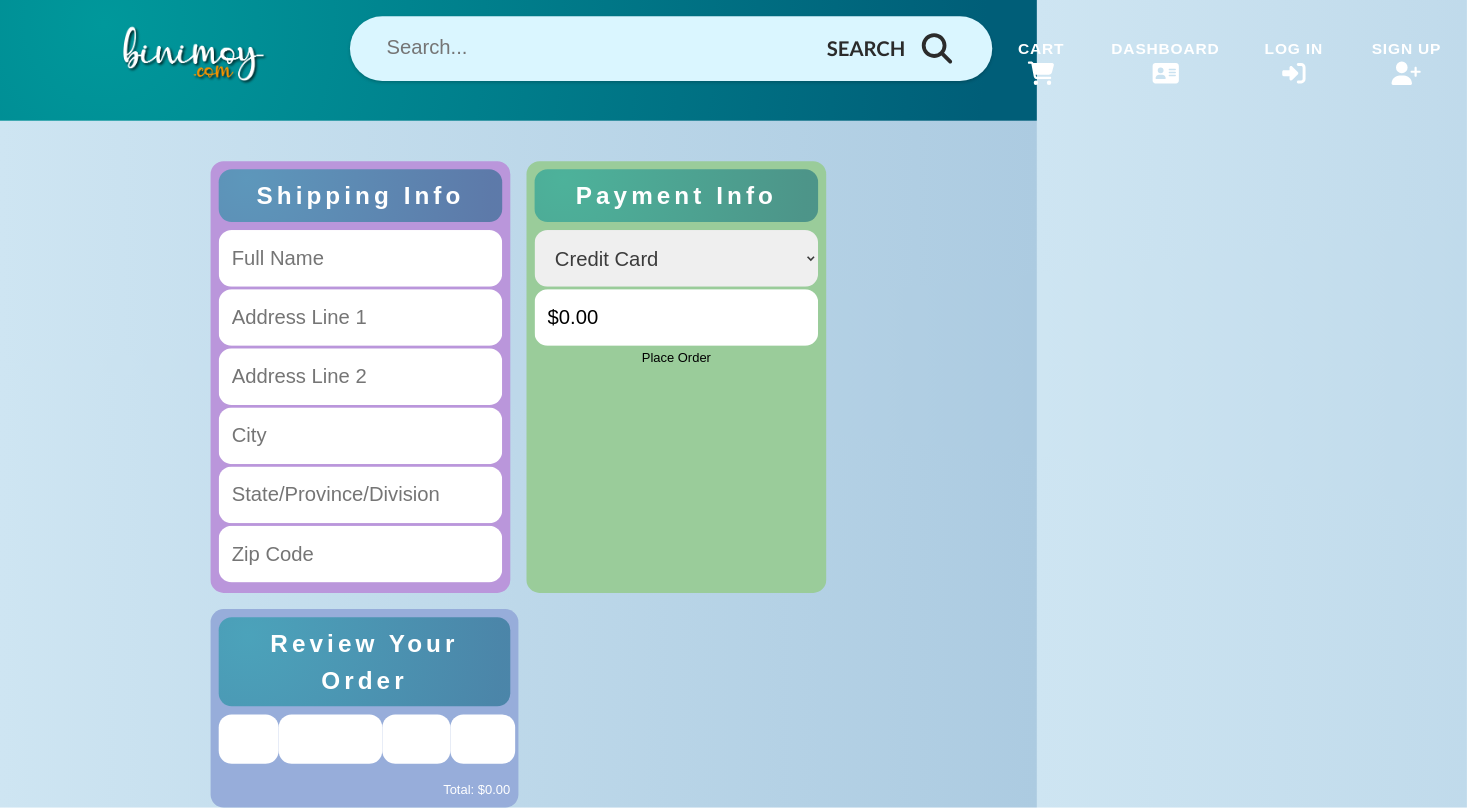
Repository: Shadman2024/2_1_DatabaseProject
Page: /checkout (app in frontend/)
The author's editor kept a copy of each file at every save. The page is drawn from the files as they stood at one save, then again after the next save.
The browser window is 1280 px wide. The page is 1811 px wide, so the pictures cover 1811 px, including what lies to the right of the window. The pictures show the whole page, at 81% of full size.
Some web libraries are served in a nearby version. The project was rebuilt for these pictures with package versions that can differ from the ones it lists, and the page was loaded fresh each time. Also part of the build but not shown: frontend/src/App.css, frontend/src/signUp/signup.js, frontend/src/logIn/login.js, frontend/src/Home/home.module.css, frontend/src/Home/hero.js, frontend/src/Home/hero2.js, frontend/src/Home/hero3.js, frontend/src/Home/smallcategory.module.css and 31 more.

Above is the page before, as saved 2024-03-08 15:39:01.

### frontend/public/index.html
<!DOCTYPE html>
<html lang="en">

<head>
  <meta charset="utf-8" />
  <link rel="icon" href="%PUBLIC_URL%/favicon.ico" />
  <meta name="viewport" content="width=device-width, initial-scale=1" />
  <meta name="theme-color" content="#000000" />
  <meta name="description" content="Web site created using create-react-app" />
  <link rel="apple-touch-icon" href="%PUBLIC_URL%/logo192.png" />
  <!--
      manifest.json provides metadata used when your web app is installed on a
      user's mobile device or desktop. See https://developers.google.com/web/fundamentals/web-app-manifest/
    -->
  <link rel="manifest" href="%PUBLIC_URL%/manifest.json" />
  <link href="https://cdn.jsdelivr.net/npm/bootstrap@5.0.2/dist/css/bootstrap.min.css" rel="stylesheet"
    integrity="sha384-EVSTQN3/azprG1Anm3QDgpJLIm9Nao0Yz1ztcQTwFspd3yD65VohhpuuCOmLASjC" crossorigin="anonymous">
  <!--
      Notice the use of %PUBLIC_URL% in the tags above.
      It will be replaced with the URL of the `public` folder during the build.
      Only files inside the `public` folder can be referenced from the HTML.

      Unlike "/favicon.ico" or "favicon.ico", "%PUBLIC_URL%/favicon.ico" will
      work correctly both with client-side routing and a non-root public URL.
      Learn how to configure a non-root public URL by running `npm run build`.
    -->
  <title>React App</title>
</head>

<body style="background: linear-gradient(to right, #cee5f2, #accbe1);
/* Other styles */
margin: 0;
height: 100vh;
color: white;">
<!-- <body style="background: #1B1B1B"> -->


  <noscript>You need to enable JavaScript to run this app.</noscript>
  <div id="root"></div>
  <!--
      This HTML file is a template.
      If you open it directly in the browser, you will see an empty page.

      You can add webfonts, meta tags, or analytics to this file.
      The build step will place the bundled scripts into the <body> tag.

      To begin the development, run `npm start` or `yarn start`.
      To create a production bundle, use `npm run build` or `yarn build`.
    -->
  <script src="https://cdn.jsdelivr.net/npm/bootstrap@5.0.2/dist/js/bootstrap.bundle.min.js"
    integrity="sha384-MrcW6ZMFYlzcLA8Nl+NtUVF0sA7MsXsP1UyJoMp4YLEuNSfAP+JcXn/tWtIaxVXM"
    crossorigin="anonymous"></script>
  <script src="https://cdn.jsdelivr.net/npm/@popperjs/core@2.9.2/dist/umd/popper.min.js"
    integrity="sha384-IQsoLXl5PILFhosVNubq5LC7Qb9DXgDA9i+tQ8Zj3iwWAwPtgFTxbJ8NT4GN1R8p"
    crossorigin="anonymous"></script>
  <script src="https://cdn.jsdelivr.net/npm/bootstrap@5.0.2/dist/js/bootstrap.min.js"
    integrity="sha384-cVKIPhGWiC2Al4u+LWgxfKTRIcfu0JTxR+EQDz/bgldoEyl4H0zUF0QKbrJ0EcQF"
    crossorigin="anonymous"></script>
  <script src="https://code.jquery.com/jquery-3.2.1.slim.min.js"
    integrity="sha384-KJ3o2DKtIkvYIK3UENzmM7KCkRr/rE9/Qpg6aAZGJwFDMVNA/GpGFF93hXpG5KkN"
    crossorigin="anonymous"></script>
  <script src="https://cdnjs.cloudflare.com/ajax/libs/popper.js/1.12.3/umd/popper.min.js"
    integrity="sha384-vFJXuSJphROIrBnz7yo7oB41mKfc8JzQZiCq4NCceLEaO4IHwicKwpJf9c9IpFgh"
    crossorigin="anonymous"></script>
  <script src="https://maxcdn.bootstrapcdn.com/bootstrap/4.0.0-beta.2/js/bootstrap.min.js"
    integrity="sha384-alpBpkh1PFOepccYVYDB4do5UnbKysX5WZXm3XxPqe5iKTfUKjNkCk9SaVuEZflJ"
    crossorigin="anonymous"></script>


</body>

</html>

### frontend/src/index.css
*{
  margin: 0;
  outline: none;
}
body {
  margin: 0;
  font-family: -apple-system, BlinkMacSystemFont, 'Segoe UI', 'Roboto', 'Oxygen',
    'Ubuntu', 'Cantarell', 'Fira Sans', 'Droid Sans', 'Helvetica Neue',
    sans-serif;
  -webkit-font-smoothing: antialiased;
  -moz-osx-font-smoothing: grayscale;
}

code {
  font-family: source-code-pro, Menlo, Monaco, Consolas, 'Courier New',
    monospace;
}
html {
  scroll-behavior: smooth;
  position: relative;
  min-height: 100%;
  overflow-x: hidden;
}

### frontend/src/signUp/signup.module.css

.login_box {
  position: absolute;
  top: 50%;
  left: 50%;
  width: 400px;
  padding: 40px;
  margin: 20px auto;
  transform: translate(-50%, -55%);
  background-image: radial-gradient( circle farthest-corner at 10% 20%,  rgba(0,152,155,1) 0.1%, rgba(0,94,120,1) 94.2% );
  box-sizing: border-box;
  box-shadow: 0 15px 25px rgba(0,0,0,.6);
  border-radius: 10px;
  color: #ffffff;
  font-size: large;
  /* padding-left: 100px;
  padding-right: 100px; */
}
.login_box .user_box {
  position: relative;
}

.login_box .user_box input {
  width: 100%;
  padding: 10px 0;
  font-size: 16px;
  color: #fffdfd;
  margin-bottom: 30px;
  border: none;
  /* background-color: #0F1F2A; */
  border-bottom: 1px solid #ffffff;
  outline: none;
  background: transparent;
  font-size: larger;
  /* font-weight: bolder; */
}

.login_box .user_box label {
  position: absolute;
  top: -20px;
  left: 0;
  padding: 10px 0;
  font-size: 20px;
  color: #ffffff;
  /* background-color: #2E5D7F; */
  pointer-events: none;
  transition: .5s;
  font-size: large;
  /* padding: 0px;
  padding-left: 20%;
  padding-right: 20%; */
  font-weight: bold;
}

.login_box .user_box input:focus ~ label,
.login_box .user_box input:valid ~ label {
  /* top: -20px; */
  left: 0;
  color: #ffffff;
  font-size: 20px;
  /* background-color: #242424; */
  padding: 0px;
  padding-left: 10px;
  padding-right: 10px;
  font-weight: bolder;
}


.login_box p:first-child {
  margin: 0 0 30px;
  padding: 0;
  color: #ffffff;
  text-align: center;
  font-size: 1.5rem;
  font-weight: bold;
  letter-spacing: 1px;
  padding-bottom: 30px;
}




.animated_button {
  position: relative;
  display: inline-block;
  padding: 12px 24px;
  border: none;
  font-size: 16px;
  background-color: inherit;
  border-radius: 100px;
  font-weight: 600;
  color: #ffffff;
  box-shadow: 0 0 0 2px #ffffff00;
  cursor: pointer;
  overflow: hidden;
  transition: all 0.6s cubic-bezier(0.23, 1, 0.320, 1);
  text-align: center;
  font-size: 1.2rem;
  /* font-weight: bold; */
  letter-spacing: 1px;
  /* padding-bottom: 30px; */
}

.animated_button span:last-child {
  position: absolute;
  top: 50%;
  left: 50%;
  transform: translate(-50%, -50%);
  width: 20px;
  height: 20px;
  background-color: #fff;
  /* color: #000; */
  border-radius: 50%;
  opacity: 0;
  transition: all 0.8s cubic-bezier(0.23, 1, 0.320, 1);
}

.animated_button span:first-child {
  position: relative;
  z-index: 1;
}

.animated_button:hover {
  box-shadow: 0 0 0 3px #ffffff;
  color: #2F0332;
}

.animated_button:active {
  scale: 0.95;
}

.animated_button:hover span:last-child {
  width: 150px;
  height: 150px;
  opacity: 1;
}

input {
  color: white;
  background-color: black;
}

::-ms-reveal {
  filter: invert(100%);
}

/* Chrome, Safari, Edge, Opera */
input::-webkit-outer-spin-button,
input::-webkit-inner-spin-button {
-webkit-appearance: none;
margin: 0;
}

### frontend/src/logIn/login.module.css


.login_box {
  position: absolute;
  top: 50%;
  left: 50%;
  width: 400px;
  padding: 40px;
  margin: 20px auto;
  transform: translate(-50%, -55%);
  background-image: radial-gradient( circle farthest-corner at 10% 20%,  rgba(0,152,155,1) 0.1%, rgba(0,94,120,1) 94.2% );
  box-sizing: border-box;
  box-shadow: 0 15px 25px rgba(0, 0, 0, .6);
  border-radius: 10px;
  color: #ffffff;
  font-size: large;
  /* padding-left: 100px;
  padding-right: 100px; */
}

.login_box .user_box {
  position: relative;
}

.login_box .user_box input {
  width: 100%;
  padding: 10px 0;
  font-size: 16px;
  color: #fffdfd;
  margin-bottom: 30px;
  border: none;
  /* background-color: #0F1F2A; */
  border-bottom: 1px solid #ffffff;
  outline: none;
  background: transparent;
  font-size: larger;
  /* font-weight: bolder; */
}

.login_box .user_box label {
  position: absolute;
  top: -20px;
  left: 0;
  padding: 10px 0;
  font-size: 20px;
  color: #ffffff;
  /* background-color: #2E5D7F; */
  pointer-events: none;
  transition: .5s;
  font-size: large;
  /* padding: 0px;
  padding-left: 20%;
  padding-right: 20%; */
  font-weight: bold;
}

.login_box .user_box input:focus~label,
.login_box .user_box input:valid~label {
  /* top: -20px; */
  left: 0;
  color: #ffffff;
  font-size: 20px;
  /* background-color: #242424; */
  padding: 0px;
  padding-left: 10px;
  padding-right: 10px;
  font-weight: bolder;
}


.login_box p:first-child {
  margin: 0 0 30px;
  padding: 0;
  color: #ffffff;
  text-align: center;
  font-size: 1.5rem;
  font-weight: bold;
  letter-spacing: 1px;
  padding-bottom: 30px;
}




.animated_button {
  position: relative;
  display: inline-block;
  padding: 12px 24px;
  border: none;
  font-size: 16px;
  background-color: inherit;
  border-radius: 100px;
  font-weight: 600;
  color: #ffffff;
  box-shadow: 0 0 0 2px #ffffff00;
  cursor: pointer;
  overflow: hidden;
  transition: all 0.6s cubic-bezier(0.23, 1, 0.320, 1);
  text-align: center;
  font-size: 1.2rem;
  /* font-weight: bold; */
  letter-spacing: 1px;
  /* padding-bottom: 30px; */
}

.animated_button span:last-child {
  position: absolute;
  top: 50%;
  left: 50%;
  transform: translate(-50%, -50%);
  width: 20px;
  height: 20px;
  background-color: #fff;
  /* color: #000; */
  border-radius: 50%;
  opacity: 0;
  transition: all 0.8s cubic-bezier(0.23, 1, 0.320, 1);
}

.animated_button span:first-child {
  position: relative;
  z-index: 1;
}

.animated_button:hover {
  box-shadow: 0 0 0 3px #ffffff;
  color: #2F0332;
}

.animated_button:active {
  scale: 0.95;
}

.animated_button:hover span:last-child {
  width: 150px;
  height: 150px;
  opacity: 1;
}

input {
  color: white;
  background-color: black;
}

::-ms-reveal {
  filter: invert(100%);
}

### frontend/src/dashboard/dashboard.module.css
body {
    /* font-family: Arial, sans-serif; */
    margin: 0;
    padding: 0;
    box-sizing: border-box;
    /* font-size: larger; */
}

.container {
    font-size: 30px;
    display: flex;
    justify-content: space-around;
    margin: 20px;
    margin-left: 130px;
    margin-right: 130px;
}

.user_info,
.order_info {
    flex-basis: 45%;
    padding: 20px;
    box-shadow: 0 0 10px rgba(0, 0, 0, 0.1);
}


.user_photo {
    width: 200px;
    height: 200px;
    object-fit: cover;
    border-radius: 50%;
    margin-bottom: 20px;
}

h2 {
    color: #333;
    margin-bottom: 15px;
}

p {
    line-height: 1.6;
    color: #666;
}

strong {
    color: #333;
}

@media (max-width: 768px) {
    .container {
        flex-direction: column;
        align-items: center;
    }

    .user-info,
    .order-info {
        flex-basis: 90%;
    }
}

.title {
    /* Add styles for your title here */
    margin-bottom: 10px;
    /* Example space between title and wrapper */
    font-size: 30px;
    color: rgb(255, 255, 255);
    font-weight: bolder;
    padding-left: 200px;
    background-image: radial-gradient( circle farthest-corner at 10% 20%,  rgba(0,152,155,1) 0.1%, rgba(0,94,120,1) 94.2% );
    margin-top: 0px;
    letter-spacing: 5px;
}

.animated_button {
    position: relative;
    display: inline-block;
    padding: 12px 24px;
    border: none;
    font-size: 16px;
    background-color: rgb(71, 0, 73);
    border-radius: 100px;
    font-weight: 600;
    color: rgb(255, 255, 255);
    box-shadow: 0 0 0 2px #ffffff00;
    cursor: pointer;
    overflow: hidden;
    transition: all 0.6s cubic-bezier(0.23, 1, 0.320, 1);
    text-align: center;
    font-size: 1.2rem;
    /* font-weight: bold; */
    letter-spacing: 1px;
    /* padding-bottom: 30px; */
}

.animated_button span:last-child {
    position: absolute;
    top: 50%;
    left: 50%;
    transform: translate(-50%, -50%);
    width: 20px;
    height: 20px;
    background-color: rgb(71, 0, 73);
    /* color: #000; */
    border-radius: 50%;
    opacity: 0;
    transition: all 0.8s cubic-bezier(0.23, 1, 0.320, 1);
}

.animated_button span:first-child {
    position: relative;
    z-index: 1;
}

.animated_button:hover {
    box-shadow: 0 0 0 3px #ffffff;
    color: #2F0332;
}

.animated_button:active {
    scale: 0.95;
}

.animated_button:hover span:last-child {
    width: 150px;
    height: 150px;
    opacity: 1;
}
.userDetails {
    margin-bottom: 10px;
    color: #0f0f0f;
    font-size: 30px;
}

.userDetails strong {
    color: #2c2c2c;
    font-weight: bold;
}
.user_photo{
    margin-top: 10px;
}

.userDetail {
    display: flex;
    align-items: center;
    margin-bottom: 10px;
}

.detailLabel, .detailValue {
    margin-right: 100px;
}

.detailLabel {
    /* If you want the labels to have a fixed width for alignment */
    width: 220px;
    font-weight: bold;
    color: #000;
}

.detailValue {
    flex-grow: 1;
    color: #333;
}

/* Your existing styles */

### frontend/src/orders/orders.module.css
/* orders.module.css */
.orders_container {
  padding: 20px;
  /* background: #f5f5f5; */
  border-radius: 8px;
  /* box-shadow: 0 2px 4px rgba(0,0,0,0.1); */
  margin-left: 250px;
  margin-right: 250px;
  margin-left: 250px;
  margin-top: 40px;
  margin-right: 250px;
  padding: 20px;
  /* background-color: #f9f9f9; */
  border-radius: 8px;
  box-shadow: 0 2px 4px rgba(0,0,0,0.3);
  background-color: #97adda;
}

.title {
  font-size: 30px;;
  color: rgb(255, 255, 255);
  font-weight: bolder;
  background-image: radial-gradient( circle farthest-corner at 10% 20%,  rgba(0,152,155,50%) 0.1%, rgba(0,94,120,50%) 94.2% );
  margin-top: 0px;
  /* background-color: #ba96db; */
  letter-spacing: 5px;
  margin-bottom: 0px;
  padding-bottom: 0px;
  border-radius: 0.5rem;
  padding: 10px;
  text-align: center;
  border-radius: 1rem 1rem 1rem 1rem;
  margin-bottom: 10px;
}

.order {
  /* background: #ffffff; */
  padding: 15px;
  margin-bottom: 20px;
  /* border-radius: 8px; */
  /* box-shadow: 0 1px 3px rgba(0,0,0,0.12), 0 1px 2px rgba(0,0,0,0.24); */
  font-size: 20px;
  border-radius: 1rem 1rem 1rem 1rem;
  background-color: white;
}

.order h3 {
  color: #0275d8;
  font-size: 20px;
  margin-top: 0;
  margin-bottom: 10px;
}

.order p {
  color: #313131;
  margin: 5px 0;
}

ul {
  list-style-type: none;
  padding: 0;
}

li {
  margin: 5px 0;
  color: #363636;
}

strong {
  color: #333;
}

/* Specific styles for shipping and payment sections */
.order > div {
  margin-top: 10px;
  padding-top: 10px;
  border-top: 1px solid #eee;
}

/* Adjust the below properties as per your UI requirements */
.orders_table {
  width: 100%;
  border-collapse: collapse;
}

.orders_table th, .orders_table td {
  text-align: left;
  padding: 8px;
  border-bottom: 1px solid #ddd;
}

.orders_table th {
  background-color: #f9f9f9;
}
.orders_table {
  width: 100%;
  margin-top: 10px;
  border-collapse: collapse;
}

.orders_table th, .orders_table td {
  text-align: left;
  padding: 8px;
  border-bottom: 1px solid #ddd;
}

.orders_table th {
  background-color: teal;
  /* color: #313131; */
}
.orders_table td {
  background-color: #e0e0e0;
  color: #313131;
}

### frontend/src/checkout/checkout.module.css
.container{
    /* display: flex; */
    margin-left: 250px;
    margin-right: 250px;
    margin-top: 40px;
    align-items: center;
}
.container2{
    display: flex;
    /* margin-top: 40px; */
}
.cartReview{
    background-color: #97adda;
    padding: 10px;
    width: 48.7%;
    margin: 10px;
    border-radius: 1rem 1rem 1rem 1rem;
    text-align: center;
}
.shipping{
    background-color: #ba96db;
    padding: 10px;
    width: 50%;
    margin: 10px;
    border-radius: 1rem 1rem 1rem 1rem;
}
.payment{
    background-color: #9acc9a;
    padding: 10px;
    width: 50%;
    margin: 10px;
    border-radius: 1rem 1rem 1rem 1rem;
    margin-bottom: 10px;
}
.title {
    font-size: 30px;;
    color: rgb(255, 255, 255);
    font-weight: bolder;
    background-image: radial-gradient( circle farthest-corner at 10% 20%,  rgba(0,152,155,50%) 0.1%, rgba(0,94,120,50%) 94.2% );
    margin-top: 0px;
    /* background-color: #ba96db; */
    letter-spacing: 5px;
    margin-bottom: 0px;
    padding-bottom: 0px;
    border-radius: 0.5rem;
    margin-bottom: 10px;
    padding: 10px;
    text-align: center;
    border-radius: 1rem 1rem 1rem 1rem;
}
.checkoutForm {
    display: flex;
    flex-direction: column;
    /* gap: 10px;  */
}
input{
    background-color: #ffffff;
    border: 1px solid #9acc9a00;
    color: black;
    height: 70px;
    border-radius: 1rem 1rem 1rem 1rem;
    margin-bottom: 3px;
}
input[type="text"] {
    padding: 8px 15px;
    /* margin: 8px 0;  */
    display: inline-block;
    /* border: 1px solid #ccc;  */
    /* border-radius: 4px;  */
    box-sizing: border-box;
    /* text-align: center; */
    font-size: 25px;
    width: 100%;
}
input[type="text"]:focus {
    border-color: #4CAF50;
    outline: none;
}


.formGroup select {
    /* background-image: url('data:[embedded picture, 189 characters]'); */
    background-repeat: no-repeat;
    background-position: right 10px center; /* Positions the arrow to the right */
    background-size: 12px 12px; /* Size of the arrow */
    height: 70px;
    border-radius: 1rem 1rem 1rem 1rem;
    border: 1px solid #9acc9a00;
    margin-bottom: 3px;
    width: 100%;
    font-size: 25px;
    color: rgb(59, 59, 59);
    padding-left: 20px;
}

/* Focus style */
.formGroup select:focus {
    border-color: #4CAF50; /* Example focus color */
    outline: none; /* Removes default focus outline */
}

/* If you have a label */
.formGroup label {
    margin-bottom: 5px; /* Space between label and select */
    font-weight: bold; /* Optional: makes label text bold */
    font-size: 25px;
  }

  .reviewTable {
    width: 100%;
    /* margin-left: 20%; */
    /* margin-right: 20%; */
    border-collapse: collapse;
    margin-bottom: 20px;
  }

  .reviewTable th,
  .reviewTable td {
    text-align: left;
    padding: 8px;
    /* border-bottom: 1px solid #ddd; */
  }

  .reviewTable th {
    background-color: rgb(255, 255, 255);
    font-size: 30px;
    font-weight: normal;
    border-radius: 1rem 1rem 1rem 1rem;
  }

  .reviewTable tr:hover {
    background-color: teal;
  }

  .totalAmount {
    font-weight: lighter;
    text-align: right;
    margin-top: 10px;
    /* text-align: center; */
  }

### frontend/src/Home/hero.module.css
.hero {
    /* height: 100vh; */
    background: linear-gradient(180deg, #fde1ff, #e1ffea22 60%);
    display: flex;
    margin-bottom: 25px;
}

.hero_left {
    flex: 1;
    display: flex;
    flex-direction: column;
    /* justify-content: center; */
    padding-top: 10px;
    gap: 2px;
    padding-left: 10px;
    line-height: 1.1;
}

.hero_left h2 {
    color: rgb(41, 0, 35);
    font-size: 26 px;
    font-weight: 600;
}

.hero_left p {
    color: rgb(50, 0, 54);
    font-size: 100px;
    font-weight: 600;
}

.hero_hand_icon {
    display: flex;
    align-items: center;
    gap: 20px;
}

.image {
    /* max-width: 100%; */
    width: 199%;
    height: 500px;
    display: block; /* Ensure images resize within their container */
    border: 2px solid black;
    border-radius: 0.4rem;
  }

/* .hero-latest-btn{
    display: flex;
    justify-content: center;
    align-items: center;
    gap: 15px;
    width: 310px;
    height: 70px;
    background: #3d1a3f;
    color: white;
    font-size: 22px;
    font-weight: 500;

} */

.hero_right {
    flex: 1;
    display: flex;
    align-items: center;
    justify-content: center;
}

button {
    position: relative;
    display: inline-block;
    cursor: pointer;
    outline: none;
    border: 0;
    vertical-align: middle;
    text-decoration: none;
    background: transparent;
    padding: 0;
    font-size: inherit;
    font-family: inherit;
}

button.learn_more {
    width: 12rem;
    height: auto;
}

button.learn_more .circle {
    transition: all 0.45s cubic-bezier(0.65, 0, 0.076, 1);
    position: relative;
    display: block;
    margin: 0;
    width: 3rem;
    height: 3rem;
    background: #ffffff;
    border-radius: 1.625rem;
}

button.learn_more .circle .icon {
    transition: all 0.45s cubic-bezier(0.65, 0, 0.076, 1);
    position: absolute;
    top: 0;
    bottom: 0;
    margin: auto;
    background: #ffffff;
}

button.learn_more .circle .icon {
    transition: all 0.45s cubic-bezier(0.65, 0, 0.076, 1);
    left: 0.625rem;
    width: 1.125rem;
    height: 0.125rem;
    background: none;
}

button.learn_more .circle .icon::before {
    position: absolute;
    content: "";
    top: -0.29rem;
    right: 0.0625rem;
    width: 0.625rem;
    height: 0.625rem;
    border-top: 0.125rem solid #020202;
    border-right: 0.125rem solid #000000;
    transform: rotate(45deg);
}

button.learn_more .button_text {
    transition: all 0.45s cubic-bezier(0.65, 0, 0.076, 1);
    position: absolute;
    top: 0;
    left: 0;
    right: 0;
    bottom: 0;
    padding: 0.75rem 0;
    margin: 0 0 0 1.85rem;
    color: #ffffff;
    font-weight: 700;
    line-height: 1.6;
    text-align: center;
    text-transform: uppercase;
}

button:hover .circle {
    width: 100%;
}

button:hover .circle .icon{
    background: #000000;
    transform: translate(1rem, 0);
}

button:hover .button_text {
    color: #000000;
}

Loaded but not shown: frontend/src/checkout/checkout.js (127 lines, source omitted); frontend/src/NavBar/nav.js (82 lines, source omitted); frontend/src/App.js (81 lines, source omitted); frontend/src/index.js (10 lines, source omitted); frontend/src/seach/search.module.css (299 lines, source omitted); frontend/src/NavBar/nav.module.css (307 lines, source omitted); frontend/src/Home/hero2.module.css (153 lines, source omitted); frontend/src/Home/hero3.module.css (153 lines, source omitted); frontend/src/admin/admin.module.css (no stored copy; drawn as an empty file)

After the next save:
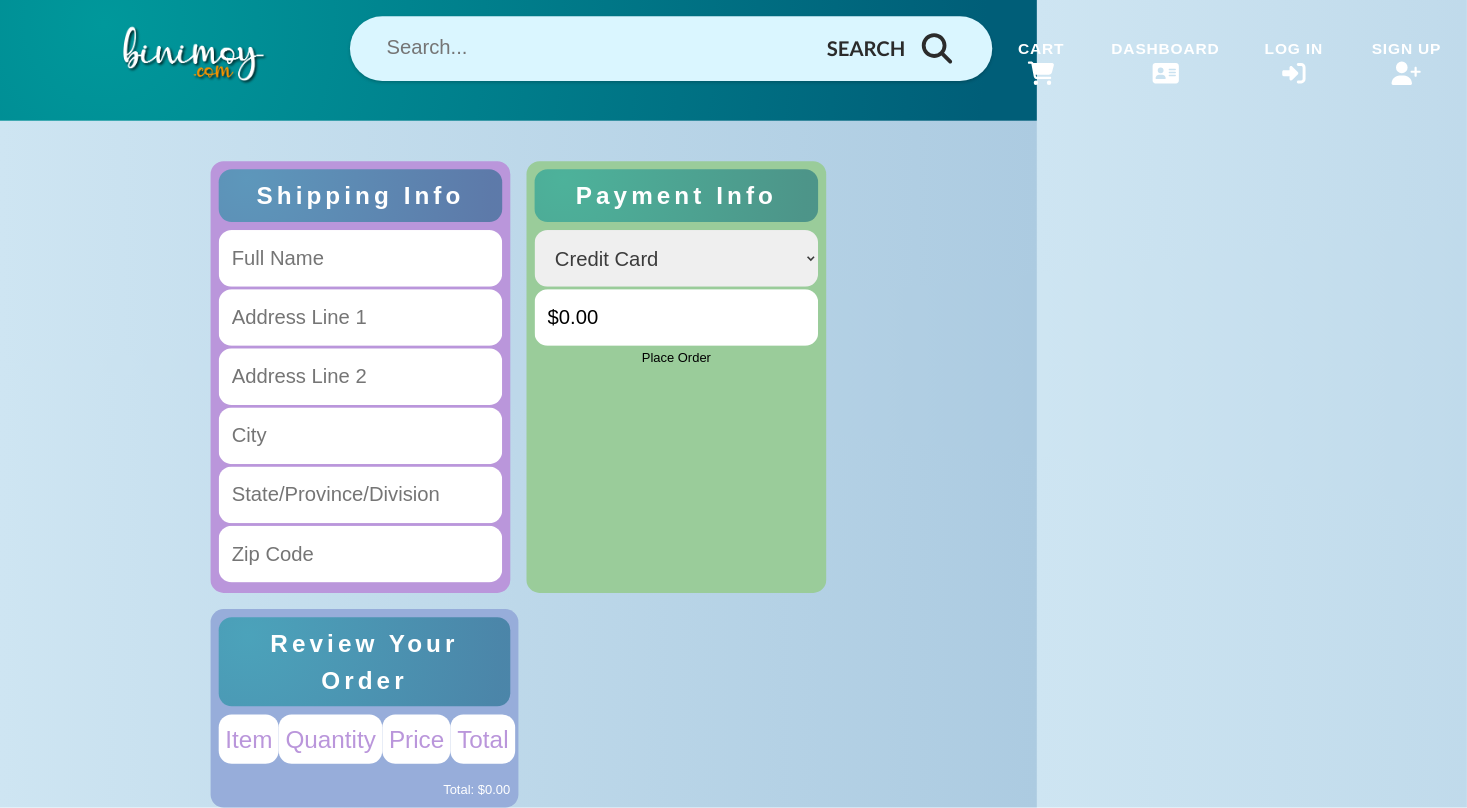
Saved 4 s later.
--- a/frontend/src/checkout/checkout.module.css
+++ b/frontend/src/checkout/checkout.module.css
@@ -126,6 +126,7 @@ input[type="text"]:focus {
     font-size: 30px;
     font-weight: normal;
     border-radius: 1rem 1rem 1rem 1rem;
+    color: #ba96db;
   }
 
   .reviewTable tr:hover {
